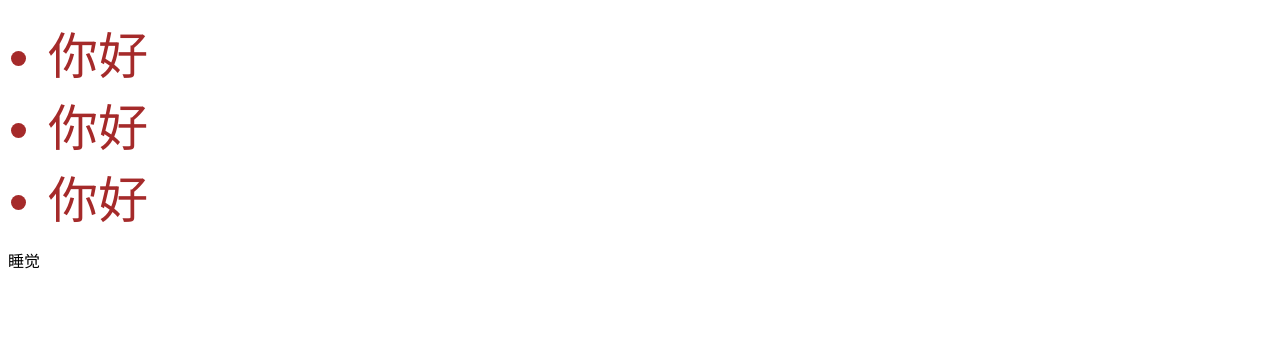
Repository: ls02/VSCode
Page: Java/2022/7-14-1/Test1.html
These files come from the project's save history. The page is drawn as it stood at one moment and after the next save; the edit follows.
The browser window is 1280 px wide. The pictures show the whole page.

Above is the page before, as saved 2022-07-14 22:50:45.

After the next save:
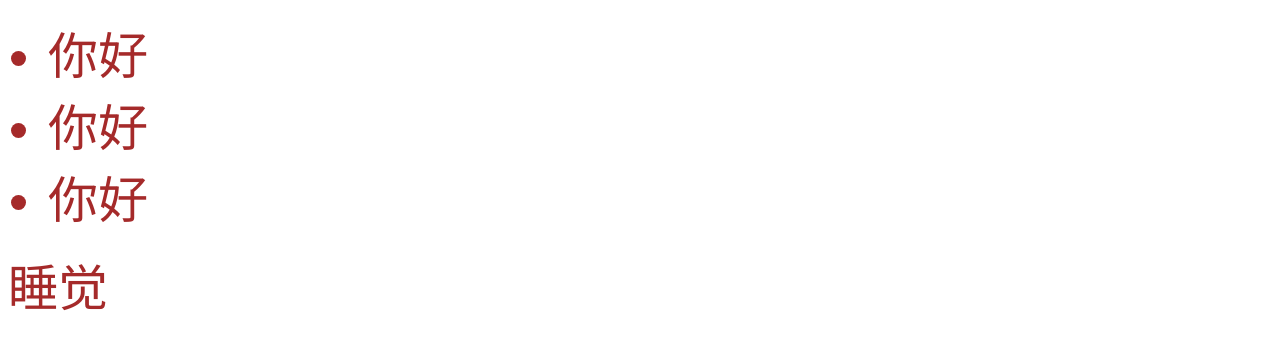
Saved 22 s later.
--- a/Java/2022/7-14-1/Test1.html
+++ b/Java/2022/7-14-1/Test1.html
@@ -17,7 +17,7 @@
     <title>Document</title>
 
     <style>
-        .list li,sleep{
+        .list li,div{
             color:brown;
             font-size: 50px;
         }

After the save that followed:
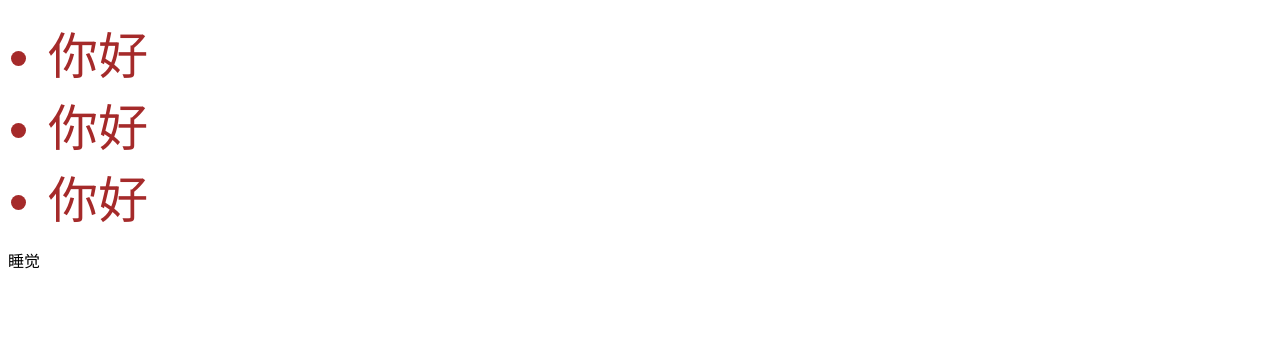
Saved 22 s later.
--- a/Java/2022/7-14-1/Test1.html
+++ b/Java/2022/7-14-1/Test1.html
@@ -2,7 +2,7 @@
  * @Author: ls02 <2877455773@qq.com>
  * @Date: 2022-07-14 22:39:20
  * @LastEditors: ls02 <2877455773@qq.com>
- * @LastEditTime: 2022-07-14 22:50:09
+ * @LastEditTime: 2022-07-14 22:51:29
  * @FilePath: \Java\2022\7-14-1\Test1.html
  * @Description:
  *
@@ -17,7 +17,7 @@
     <title>Document</title>
 
     <style>
-        .list li,div{
+        .list li,a{
             color:brown;
             font-size: 50px;
         }
@@ -30,6 +30,6 @@
         <li>你好</li>
     </ul>
 
-    <div class="sleep">睡觉</div>
+    <div class="a">睡觉</div>
 </body>
 </html>
